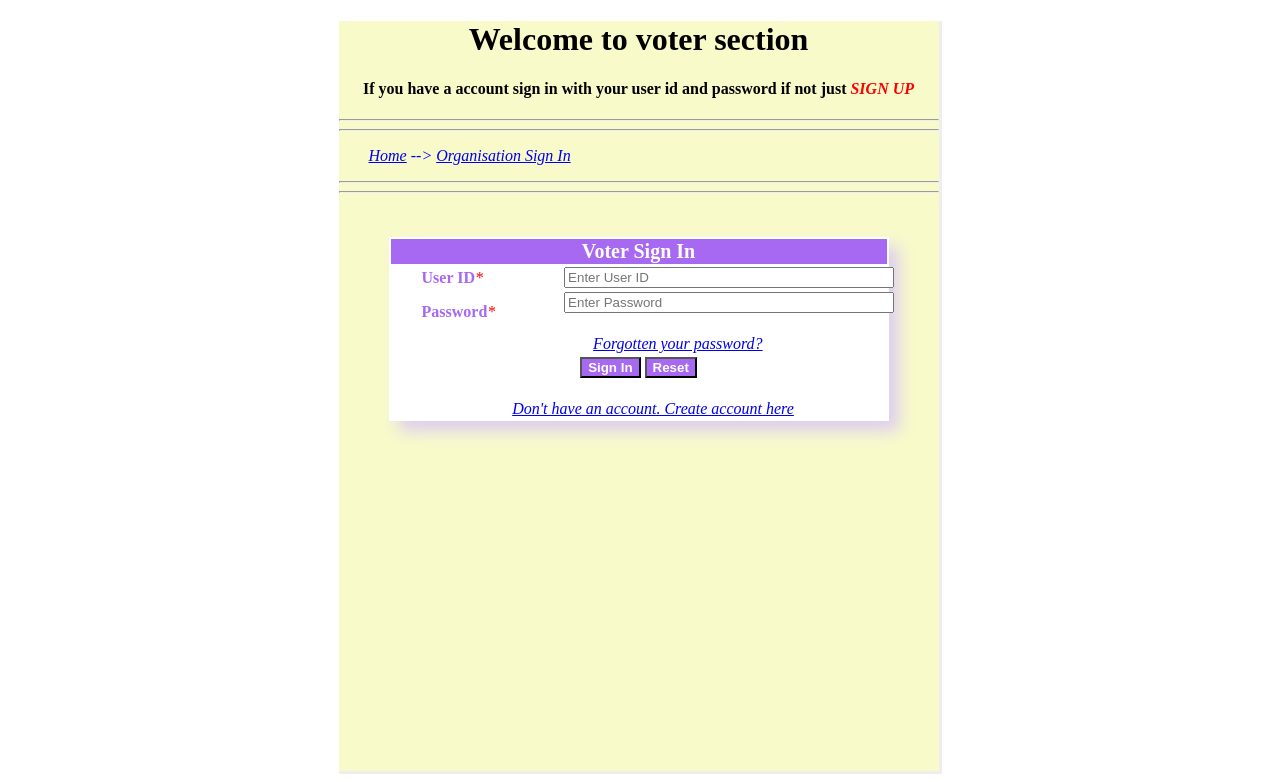
Repository: nsbgit/JavaTutorial
Page: http://localhost/TheVotingSystem/mainToVoterSection/voterSignIn.jsp
An editor plug-in stored every save of this project. The page is shown before and after the next save, followed by the edit.
The browser window is 1280 px wide. The pictures show the whole page.
The page is served by Tomcat 9.

Above is the page before, as saved 2014-01-19 06:54:00.

After the next save:
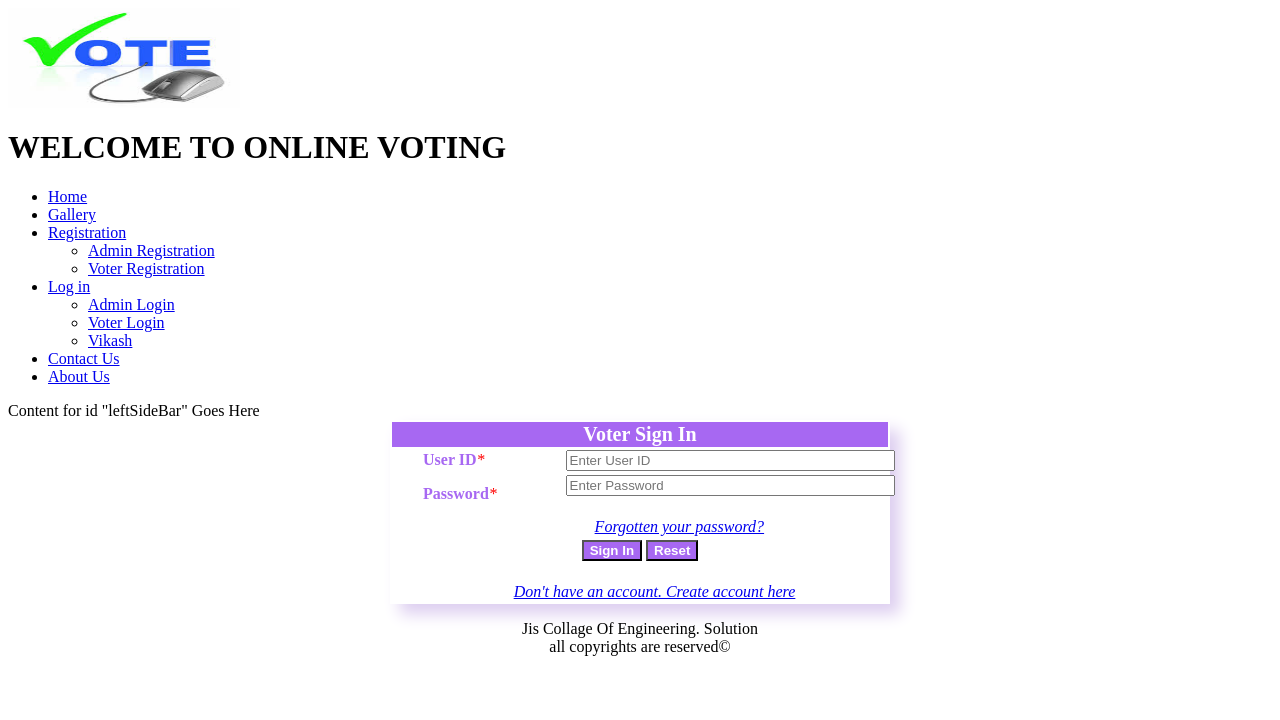
Saved 6 min 49 s later.
--- a/J2EE Webel Project/The Voting SystemByVikash/TheVotingSystem/WebContent/mainToVoterSection/voterSignIn.jsp
+++ b/J2EE Webel Project/The Voting SystemByVikash/TheVotingSystem/WebContent/mainToVoterSection/voterSignIn.jsp
@@ -27,24 +27,44 @@
 --%>
 </head>
 <body>
-		<div class="body">
-		<h1 align="center">Welcome to voter section</h1>
-		<h4 align="center">If you have a account sign in with your user id and password if not just <font color="red"><i><b>SIGN UP</b></i></font></h4>
-		<hr>
-		<hr>
-		<div>
-			<div class="hyperLink">
-				<p>
-					<a href="../mainWebHomePage.jsp">Home</a>
-					--> <a href="../mainToVoterSection/adminSignIn.jsp">Organisation Sign In</a>
-				</p>
-			</div>
-		<hr>
-		<hr>
-		<br>
-		<br>
+	<div id="container">
+				<header id="page_header">
+				<img src="../logo/download.jpg" alt="logo" width='232' height='100' class="logo" />
+					<h1 class="head_text">WELCOME TO ONLINE VOTING</h1>
+				</header>
+				</div>
 
-			<form action="<%= request.getContextPath() %>/SVoter.do?linkId=2" method="post">
+<div id="container">
+  		<div id="header">
+
+  		</div>
+  			<div id="menuBar"><div id='cssmenu'>
+				<ul>
+   					<li class='active'><a href='#'><span>Home</span></a></li>
+   					<li><a href='#'><span>Gallery</span></a></li>
+   					<li class='has-sub'><a href='#'><span>Registration</span></a>
+     			<ul>
+         			<li><a href='ship_reg.jsp'><span>Admin Registration</span></a></li>
+         			<li class='last'><a href='sukanta_reg.jsp'><span>Voter Registration</span></a></li>
+      			</ul>
+   			</li>
+   				<li class='has-sub'><a href='#'><span>Log in</span></a>
+      		<ul>
+         		<li><a href='admin_log.jsp'><span>Admin Login</span></a></li>
+         		<li><a href='voter_log.jsp'><span>Voter Login</span></a></li>
+         		<li class='last'><a href='sup_log.jsp'><span>Vikash</span></a></li>
+      		</ul>
+   		</li>
+   				<li><a href='Contact.jsp"'><span>Contact Us</span></a></li>
+   				<li class='last'><a href='about.jsp'><span>About Us</span></a></li>
+		</ul>
+	</div></div>
+  		<div id="leftSideBar">Content for  id "leftSideBar" Goes Here</div>
+  		<div id="content">
+		<%-- Paste div clas body here --%>
+
+			<div>
+		<form action="<%= request.getContextPath() %>/SVoter.do?linkId=2" method="post">
 				<table align="center" class="box" width="500px">
 					<tr>
 						<th class="header" colspan="2">Voter Sign In</th>
@@ -130,5 +150,30 @@
 			</form>
 		</div>
 	</div>
+
+
+
+
+
+		</div>
+
+
+
+  		</div>
+  		<div id="footer"><p align="center">Jis Collage Of Engineering. Solution<br />
+  		all copyrights are reserved&copy;
+  		</p></div>
+
+</div>
+
+
+
+
+
+
+
+
+
+
 </body>
 </html>
